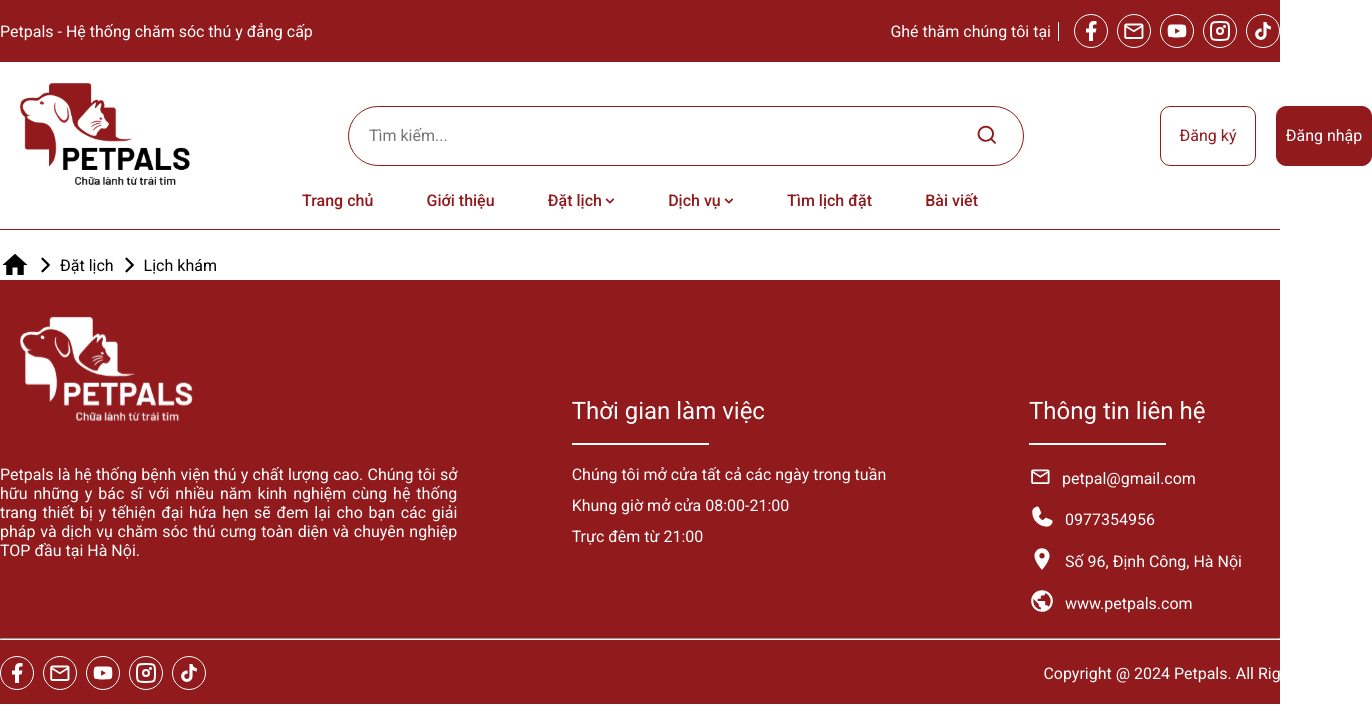
Repository: ahntrung1909/Petpals
Page: /dat-lich/kham-benh (app in petpals-user-main/)
The author's editor kept a copy of each file at every save. The page is drawn from the files as they stood at one save, then again after the next save.
The browser window is 1280 px wide. The page is 1372 px wide, so the pictures cover 1372 px, including what lies to the right of the window. The pictures show the whole page.
The project was rebuilt for these pictures with package versions that can differ from the ones it lists, and the page was loaded fresh each time. The framework's server and built-in components were replaced by stand-ins that run in the browser. Also part of the build but not shown: petpals-user-main/next.config.js, petpals-user-main/next.config.mjs.

Above is the page before, as saved 2024-04-10 19:23:50.

### petpals-user-main/src/app/layout.js
import { Footer } from "@/components/Footer/Footer";
import "./global.scss";
import { Header } from "@/components/Header/Header";
import { ToastContainer } from "react-toastify";
import "react-toastify/dist/ReactToastify.css";

export const metadata = {
  title: "Petpals - Chữa lành từ trái tim",
  description: "Petpals",
};

export default function RootLayout({ children }) {
  return (
    <html lang="en">
      <body>
        <Header />
        <ToastContainer />
        {children}
        <Footer />
      </body>
    </html>
  );
}

### petpals-user-main/src/app/dat-lich/kham-benh/page.js
import "./style.scss";
import React from "react";

export default function page() {
  return (
    <main>
      <div className="breadcrumb">
        <img src="/icon/ic_baseline-home.svg" alt="" />
        <img src="/icon/iconamoon_arrow-right-2.svg" alt="" />
        <p>Đặt lịch</p>
        <img src="/icon/iconamoon_arrow-right-2.svg" alt="" />
        <p>Lịch khám</p>
      </div>
    </main>
  );
}

### petpals-user-main/src/components/Footer/Footer.js
import { Socialicon } from "../Socialicon/Socialicon";
import "./style.scss";
export const Footer = () => {
  return (
    <footer>
      <div className="row row-1">
        <div className="logo">
          <img src="/img/logo_am_ban.svg" alt="" />
        </div>
        <div className="working-time">Thời gian làm việc</div>
        <div className=" contact-info">Thông tin liên hệ</div>
      </div>
      <div className="row">
        <div className="about">
          Petpals là hệ thống bệnh viện thú y chất lượng cao. Chúng tôi sở hữu
          những y bác sĩ với nhiều năm kinh nghiệm cùng hệ thống trang thiết bị
          y tếhiện đại hứa hẹn sẽ đem lại cho bạn các giải pháp và dịch vụ chăm
          sóc thú cưng toàn diện và chuyên nghiệp TOP đầu tại Hà Nội.
        </div>
        <ul className="working-time-more">
          <li>Chúng tôi mở cửa tất cả các ngày trong tuần</li>
          <li>Khung giờ mở cửa 08:00-21:00</li>
          <li>Trực đêm từ 21:00</li>
        </ul>
        <ul className="contact-info-more">
          <li className="contact-item">
            <span>
              <img src="/icon/material-symbols_mail-outline.svg" alt="" />
            </span>
            petpal@gmail.com
          </li>
          <li className="contact-item">
            <span>
              <img src="/icon/ph_phone-fill.svg" alt="" />
            </span>
            0977354956
          </li>
          <li className="contact-item">
            <span>
              <img src="/icon/mdi_location.svg" alt="" />
            </span>
            Số 96, Định Công, Hà Nội
          </li>
          <li className="contact-item">
            <span>
              <img src="/icon/mdi_earth.svg" alt="" />
            </span>
            www.petpals.com
          </li>
        </ul>
      </div>
      <hr />
      <div className="footer-bottom">
        <Socialicon />
        <div>Copyright @ 2024 Petpals. All Rights Reverved</div>
      </div>
    </footer>
  );
};

### petpals-user-main/src/app/global.scss
@import url("https://fonts.googleapis.com/css2?family=Roboto:ital,wght@0,100;0,300;0,400;0,500;0,700;0,900;1,100;1,300;1,400;1,500;1,700;1,900&display=swap");
@import "../style/variable";
* {
  padding: 0;
  margin: 0;
  box-sizing: border-box;
}
body {
  font-family: "Roboto", sans-serif;
  font-size: 16px;
}
a {
  text-decoration: none;
  color: black;
}
ul,
li {
  list-style: none;
}
input,
textarea {
  width: 100%;
  border: none;
  outline: none;
  font-family: "Roboto", sans-serif;
  font-size: 16px;
}
img {
  width: 100%;
}
button {
  font-family: "Roboto", sans-serif;
  font-size: 16px;
}
label {
  font-family: "Roboto", sans-serif;
  font-size: 16px;
}

// custom scroll bar
::-webkit-scrollbar-track {
  background-color: #f5f5f5;
}

::-webkit-scrollbar {
  width: 6px;
  height: 6px;
  background-color: #f5f5f5;
}

::-webkit-scrollbar-thumb {
  background-image: linear-gradient($BROWN_500, $RED_500);
  // border-radius: 10px;
}
::-webkit-scrollbar-thumb:horizontal {
  background-image: linear-gradient(to right, $BROWN_500, $RED_500);
  // border-radius: 10px;
}

### petpals-user-main/src/components/Header/Header.js
"use client";
import "./style.scss";
import { Socialicon } from "../Socialicon/Socialicon";
import { useEffect, useState } from "react";
import { usePathname } from "next/navigation";
import Link from "next/link";
export const Header = () => {
  const [searchFocus, setSearchFocus] = useState(false);
  const [loginUser, setLoginUser] = useState(null);

  const pathname = usePathname();

  useEffect(() => {
    let current = localStorage.getItem("login-user");
    if (current) {
      current = JSON.parse(current);
      setLoginUser(current);
    }
  }, [setLoginUser]);

  const handleFocus = () => {
    setSearchFocus(true);
  };
  const handleBlur = () => {
    setSearchFocus(false);
  };
  return (
    <header>
      <div>
        <div className="wrap top-header">
          <p>Petpals - Hệ thống chăm sóc thú y đẳng cấp</p>
          <div className="social-connect">
            <p>Ghé thăm chúng tôi tại</p>
            <Socialicon />
          </div>
        </div>
      </div>
      <div>
        <div className="wrap main-header">
          <div>
            <Link href="http://localhost:3000" className="petpals-logo">
              <img src="/img/logo_duong_ban.svg" alt="logo-petpals" />
            </Link>
          </div>
          <div className="header-main-right">
            <div className="search-input">
              <input
                type="text"
                placeholder="Tìm kiếm..."
                onFocus={handleFocus}
                onBlur={handleBlur}
              />
              <div className="icon-item">
                {!searchFocus ? (
                  <img src="/icon/mingcute_search-line.svg" alt="" />
                ) : (
                  <img
                    src="/icon/mingcute_close-fill.svg"
                    alt=""
                    onClick={handleBlur}
                  />
                )}
              </div>
            </div>
            {loginUser ? (
              <>
                <div className="icon">
                  <img src="/icon/Bell_ic.svg" alt="" />
                </div>
                <div className="user-login-controller">
                  <span className="user-img">
                    <img src="/img/user_avatar.png" alt="" srcset="" />
                  </span>
                  <p>{loginUser.name}</p>
                  <span>
                    <img src="/icon/flowbite_caret-down-solid.svg" alt="" />
                  </span>
                  <ul className="sub-nav" style={{ width: "267px" }}>
                    <li className="sub-nav-item">Thông tin tài khoản</li>
                    <li className="sub-nav-item">
                      <Link href="/doi-mat-khau">Đổi mật khẩu</Link>
                    </li>
                    <li
                      className="sub-nav-item"
                      onClick={() => {
                        localStorage.removeItem("login-user");
                        setLoginUser(null);
                        window.location.href = "/";
                      }}
                    >
                      Đăng xuất
                    </li>
                  </ul>
                </div>
              </>
            ) : (
              <div className="btn-group">
                <Link href="/dang-ky" className="btn">
                  Đăng ký
                </Link>
                <Link href="/dang-nhap" className="btn">
                  Đăng nhập
                </Link>
              </div>
            )}
          </div>
        </div>
      </div>
      <ul className="nav">
        <li className={`nav-item ${pathname === "/" ? "active" : ""}`}>
          <Link href="/">Trang chủ</Link>
        </li>
        <li
          className={`nav-item ${pathname === "/ve-chung-toi" ? "active" : ""}`}
        >
          <Link href="/ve-chung-toi">Giới thiệu</Link>
        </li>
        <li className="nav-item">
          <span href="#">Đặt lịch</span>
          <span>
            <img src="/icon/down.svg" alt="" />
          </span>
          <ul className="sub-nav" style={{ width: "267px" }}>
            <li className="sub-nav-item">
              <Link href="#">Đặt Lịch Khám Bệnh</Link>
            </li>
            <li className="sub-nav-item">
              <Link href="#">Đặt Lịch Spa-Grooming</Link>
            </li>
            <li className="sub-nav-item">
              <Link href="#">Khách Sạn Thú Cưng</Link>
            </li>
          </ul>
        </li>
        <li className={`nav-item ${pathname.match(/dich-vu/) ? "active" : ""}`}>
          <span>Dịch vụ</span>
          <span>
            <img src="/icon/down.svg" alt="" />
          </span>
          <ul className="sub-nav" style={{ width: "267px" }}>
            <li
              className={`sub-nav-item ${
                pathname.match(
                  /cap-cuu-24-24|do-de-ho-sinh|kham-benh|lay-cao-rang|phau-thuat-ngoai-khoa|sieu-am-x-quang-xet-nghiem|tiem-phong-vaccine|triet-san/
                )
                  ? "sub-nav-item-active"
                  : ""
              }`}
            >
              <span>Chăm sóc sức khỏe</span>
              <span>
                <img src="/icon/down.svg" alt="" />
              </span>
              <ul className="sub-nav nav-2" style={{ width: "359px" }}>
                <li
                  className={`sub-nav-item ${
                    pathname === "/dich-vu/cap-cuu-24-24"
                      ? "sub-nav-item-active"
                      : ""
                  }`}
                >
                  <Link href="/dich-vu/cap-cuu-24-24">Cấp Cứu 24/24</Link>
                </li>
                <li
                  className={`sub-nav-item ${
                    pathname === "/dich-vu/tiem-phong-vaccine"
                      ? "sub-nav-item-active"
                      : ""
                  }`}
                >
                  <Link href="/dich-vu/tiem-phong-vaccine">
                    Tiêm Phòng Vaccine
                  </Link>
                </li>
                <li
                  className={`sub-nav-item ${
                    pathname === "/dich-vu/kham-benh"
                      ? "sub-nav-item-active"
                      : ""
                  }`}
                >
                  <Link href="/dich-vu/kham-benh">Khám Sức Khỏe</Link>
                </li>
                <li
                  className={`sub-nav-item ${
                    pathname === "/dich-vu/sieu-am-x-quang-xet-nghiem"
                      ? "sub-nav-item-active"
                      : ""
                  }`}
                >
                  <Link href="/dich-vu/sieu-am-x-quang-xet-nghiem">
                    Siêu Âm, X-Quang, Xét Nghiệm
                  </Link>
                </li>
                <li
                  className={`sub-nav-item ${
                    pathname === "/dich-vu/phau-thuat-ngoai-khoa"
                      ? "sub-nav-item-active"
                      : ""
                  }`}
                >
                  <Link href="/dich-vu/phau-thuat-ngoai-khoa">
                    Phẫu Thuật Ngoại Khoa
                  </Link>
                </li>
                <li
                  className={`sub-nav-item ${
                    pathname === "/dich-vu/triet-san"
                      ? "sub-nav-item-active"
                      : ""
                  }`}
                >
                  <Link href="/dich-vu/triet-san">Triệt Sản Thẩm Mỹ</Link>
                </li>
                <li
                  className={`sub-nav-item ${
                    pathname === "/dich-vu/do-de-ho-sinh"
                      ? "sub-nav-item-active"
                      : ""
                  }`}
                >
                  <Link href="/dich-vu/do-de-ho-sinh">Đỡ Đẻ Hộ Sinh</Link>
                </li>
                <li
                  className={`sub-nav-item ${
                    pathname === "/dich-vu/lay-cao-rang"
                      ? "sub-nav-item-active"
                      : ""
                  }`}
                >
                  <Link href="/dich-vu/lay-cao-rang">Lấy Cao Răng</Link>
                </li>
              </ul>
            </li>
            <li
              className={`sub-nav-item ${
                pathname === "/dich-vu/spa-grooming"
                  ? "sub-nav-item-active"
                  : ""
              }`}
            >
              <Link href="/dich-vu/spa-grooming">Spa-Grooming</Link>
            </li>
            <li
              className={`sub-nav-item ${
                pathname === "/dich-vu/khach-san-thu-cung"
                  ? "sub-nav-item-active"
                  : ""
              }`}
            >
              <Link href="/dich-vu/khach-san-thu-cung">Khách Sạn Thú Cưng</Link>
            </li>
            <li className="sub-nav-item">
              <Link href="/dich-vu/lien-he">Liên Hệ</Link>
            </li>
          </ul>
        </li>
        <li className="nav-item">
          <Link href="#">Tìm lịch đặt</Link>
        </li>
        <li
          className={`nav-item ${
            pathname === "/danh-sach-bai-viet" ? "active" : ""
          }`}
        >
          <Link href="danh-sach-bai-viet">Bài viết</Link>
        </li>
      </ul>
    </header>
  );
};

### petpals-user-main/src/app/dat-lich/kham-benh/style.scss
@import "../../../style/variable";
@import "../../../style/base";

### petpals-user-main/src/components/Socialicon/Socialicon.js
import "./style.scss";
export const Socialicon = () => {
  return (
    <div className="list-social-icon">
      <div className="icon-item">
        <img src="/icon/ri_facebook-fill.svg" alt="icon-facebook" />
      </div>
      <div className="icon-item">
        <img src="/icon/material-symbols_mail-outline.svg" alt="icon-mail" />
      </div>
      <div className="icon-item">
        <img src="/icon/mdi_youtube.svg" alt="icon-youtube" />
      </div>
      <div className="icon-item">
        <img src="/icon/lets-icons_insta.svg" alt="icon-insta" />
      </div>
      <div className="icon-item">
        <img src="/icon/ic_baseline-tiktok.svg" alt="icon-tiktok" />
      </div>
    </div>
  );
};

### petpals-user-main/src/components/Footer/style.scss
@import "../../style/variable";
footer {
  display: block;
  width: 100vw;
  height: 424px;
  background-color: $BROWN_500;
  padding: 20px 0;
}
.row {
  width: 1372px;
  margin: 0 auto;
  display: grid;
  grid-template-columns: repeat(12, 1fr);
  row-gap: 20px;
  color: white;
  margin-bottom: 20px;
}
.row-1 {
  align-items: flex-end;
}
.logo {
  width: 214px;
  grid-column: 1/5;
}
.working-time {
  grid-column: 6/10;
  position: relative;
  font-size: 24px;
  padding-bottom: 20px;
  &::after {
    content: "";
    width: 137px;
    height: 2px;
    background-color: white;
    position: absolute;
    left: 0;
    bottom: 0;
  }
}
.contact-info {
  position: relative;
  grid-column: 10/13;
  font-size: 24px;
  padding-bottom: 20px;
  &::after {
    content: "";
    width: 137px;
    height: 2px;
    background-color: white;
    position: absolute;
    left: 0;
    bottom: 0;
  }
}
.about {
  grid-column: 1/5;
  text-align: justify;
}
.working-time-more {
  grid-column: 6/10;
  display: flex;
  flex-direction: column;
  gap: 12px;
}
.contact-info-more {
  grid-column: 10/13;
  display: flex;
  flex-direction: column;
  gap: 12px;
}
.contact-item {
  display: flex;
  gap: 10px;
  align-items: center;
}
.footer-bottom {
  width: 1372px;
  margin: 0 auto;
  margin-top: 16px;
  color: white;
  display: flex;
  align-items: center;
  justify-content: space-between;
}

### petpals-user-main/src/style/_variable.scss
$BROWN_50: rgb(244, 232, 232);
$BROWN_100: rgb(221, 184, 185);
$BROWN_200: rgb(204, 150, 151);
$BROWN_300: rgb(181, 102, 104);
$BROWN_400: rgb(167, 72, 74);
$BROWN_500: rgb(145, 26, 29);
$BROWN_600: rgb(132, 24, 26);
$BROWN_700: rgb(103, 18, 21);
$BROWN_800: rgb(80, 14, 16);
$BROWN_900: rgb(61, 11, 12);
$RED_50: rgb(255, 247, 247);
$RED_100: rgb(255, 230, 231);
$RED_200: rgb(255, 217, 219);
$RED_300: rgb(255, 200, 202);
$RED_400: rgb(255, 189, 192);
$RED_500: rgb(255, 173, 176);
$RED_600: rgb(232, 157, 160);
$RED_700: rgb(181, 123, 125);
$RED_800: rgb(140, 95, 97);
$RED_900: rgb(107, 73, 74);
$BROWN_DARK_50: rgb(236, 233, 233);
$BROWN_DARK_100: rgb(195, 186, 186);
$BROWN_DARK_200: rgb(165, 152, 152);
$BROWN_DARK_300: rgb(124, 105, 106);
$BROWN_DARK_400: rgb(99, 76, 77);
$BROWN_DARK_500: rgb(60, 31, 32);
$BROWN_DARK_600: rgb(55, 28, 29);
$BROWN_DARK_700: rgb(43, 22, 23);
$BROWN_DARK_800: rgb(33, 17, 18);
$BROWN_DARK_900: rgba(25, 13, 13, 0.2);

### petpals-user-main/src/components/Header/style.scss
@import "../../style/_variable";

header {
  height: 230px;
  border-bottom: 1px solid $BROWN_500;
}
div:has(.wrap):nth-child(1) {
  background-color: $BROWN_500;
  height: 62px;
  display: flex;
  align-items: center;
}
.wrap {
  width: 1372px;
  margin: 0 auto;
}
.top-header {
  display: flex;
  justify-content: space-between;
  align-items: center;
  color: white;
}
.social-connect {
  display: flex;
  align-items: center;
  gap: 15px;
}
.social-connect > p {
  padding: 0px 7px;
  border-right: 1px solid white;
}
div:has(.wrap):nth-child(2) {
  padding-top: 18px;
}
.main-header {
  display: flex;
  align-items: center;
  justify-content: space-between;
}
.petpals-logo {
  display: block;
  width: 211px;
  height: 111px;
}
.header-main-right {
  display: flex;
  width: 1024px;
  justify-content: space-between;
  align-items: center;
}
.search-input {
  display: flex;
  position: relative;

  input {
    width: 676px;
    height: 60px;
    padding: 0px 60px 0px 20px;
    border: 1px solid $BROWN_500;
    border-radius: 99px;
    display: flex;
    justify-content: center;
    align-items: center;
  }
  .icon-item {
    right: 20px;
    top: 50%;
    transform: translateY(-50%);
    position: absolute;
    cursor: pointer;
  }
}
.btn-group {
  display: flex;
  gap: 20px;
  text-align: center;
  .btn {
    display: flex;
    justify-content: center;
    align-items: center;
    width: 96px;
    height: 60px;
    border: 1px solid $BROWN_500;
    border-radius: 10px;
    color: $BROWN_500;
  }
  .btn:nth-child(1):hover {
    background-color: $BROWN_500;
    color: white;
  }
  .btn:nth-child(2) {
    color: white;
    background-color: $BROWN_500;
    &:hover {
      background-color: $BROWN_300;
    }
  }
}
.nav {
  display: flex;
  align-items: center;
  justify-content: space-between;
  width: 676px;
  margin: 0 auto;
  color: $BROWN_500;
  font-weight: 500;
  z-index: 99;

  &-item {
    display: flex;
    position: relative;
    align-items: center;
    cursor: pointer;
    padding-bottom: 8px;
    &.active > span,
    &.active > a {
      font-weight: 900;
    }
    &:hover .sub-nav:not(.nav-2) {
      display: flex;
    }
    span {
      display: flex;
      justify-content: center;
      align-items: center;
      color: $BROWN_500;
    }
    a {
      display: flex;
      justify-content: center;
      align-items: center;
      color: $BROWN_500;
      width: 100%;
      height: 100%;
    }
    &:hover > a {
      color: $RED_500;
    }
    &:hover > span {
      color: $RED_500;
    }
  }
}
.sub-nav {
  position: absolute;
  z-index: 99;
  top: 100%;
  left: 0;
  border-radius: 10px;
  box-shadow: 0 15px 15px 15px rgba(0, 0, 0, 0.05);
  box-shadow: 0 15px 15px rgba(0, 0, 0, 0.1);
  border: 0.5px solid rgba(0, 0, 0, 0.15);
  background-color: white;
  padding: 8px;
  display: none;
  flex-direction: column;
  gap: 8px;
  &.nav-2 {
    position: absolute;
    top: 0;
    left: 100%;
    transform: translate(8px, -8px);
    display: none;
  }
  &-item {
    position: relative;
    display: flex;
    align-items: center;
    justify-content: space-between;
    &::after {
      content: "";
      width: 8px;
      height: 100%;
      position: absolute;
      top: 0;
      right: -8px;
    }
    &:hover {
      background-color: rgba(0, 0, 0, 0.05);
    }
    &:hover .sub-nav.nav-2 {
      display: flex;
    }
    a {
      width: 100%;
      height: 100%;
      display: flex;
      justify-content: left;
      padding: 12px 16px;
    }
    span {
      padding: 12px 16px;
    }
    &-active > span,
    &-active > a {
      font-weight: 600;
    }
  }
}
.user-login-controller {
  display: flex;
  align-items: center;
  gap: 8px;
  cursor: pointer;
  position: relative;

  &:hover .sub-nav {
    display: flex;
    left: inherit;
    right: 0;
  }
}

### petpals-user-main/src/style/_base.scss
.section-heading {
  width: fit-content;
  margin: 60px auto;
  color: $BROWN_500;
  position: relative;
  font-size: 24px;
  font-weight: 800;
  text-transform: uppercase;
  &::after {
    content: "";
    width: 80%;
    height: 3px;
    position: absolute;
    bottom: -16px;
    left: 50%;
    transform: translateX(-50%);
    background-color: $BROWN_500;
  }
}
.breadcrumb {
  width: 1372px;
  margin: 0 auto;
  display: flex;
  align-items: center;
  padding-top: 20px;
  img {
    width: 30px;
    height: 30px;
  }
}

### petpals-user-main/src/components/Socialicon/style.scss
.list-social-icon {
  display: flex;
  gap: 9px;
}
.icon-item {
  width: 34px;
  height: 34px;
  border: 1px solid white;
  padding: 4px;
  border-radius: 99px;
  display: flex;
  justify-content: center;
  align-items: center;
}

After the next save:
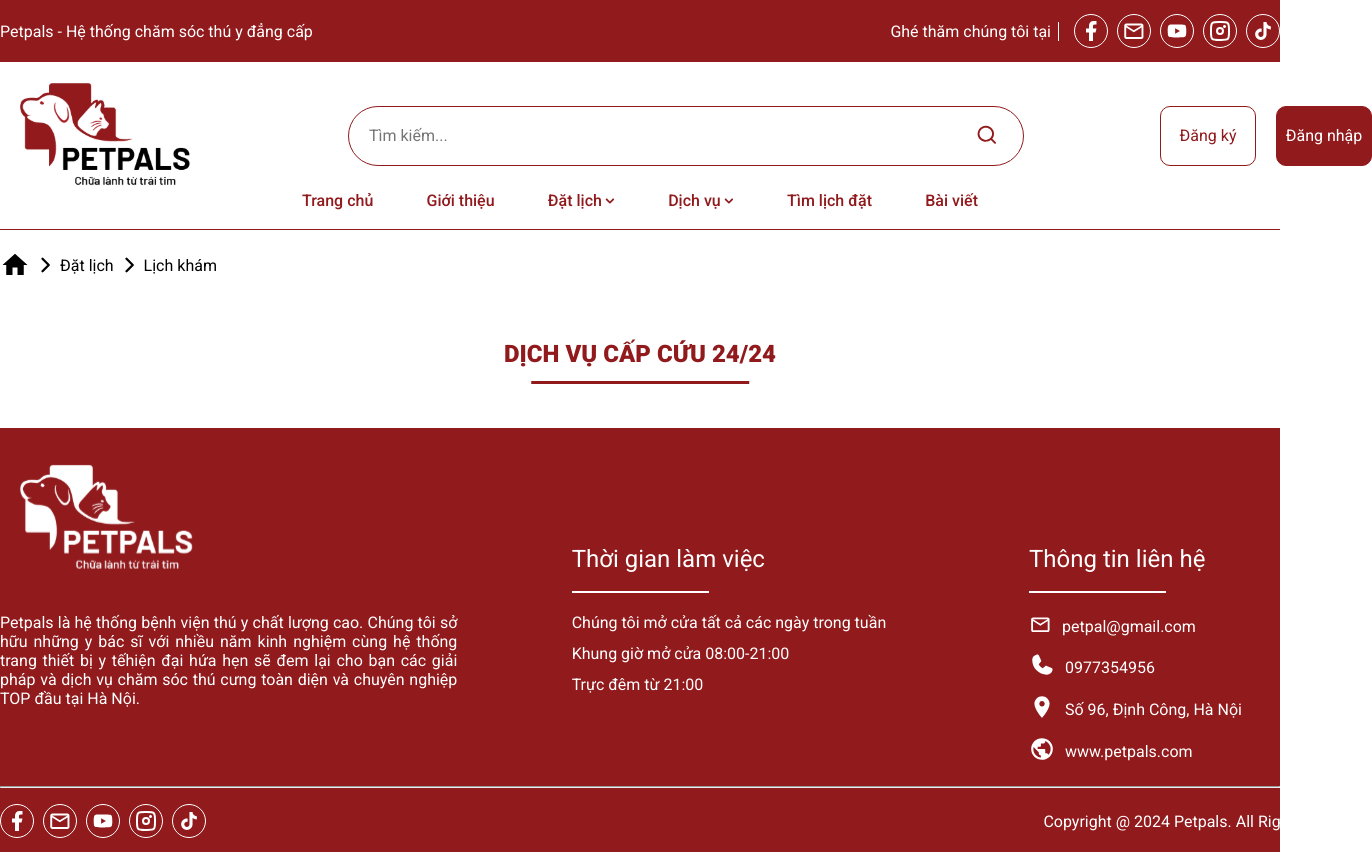
Saved 28 s later.
--- a/petpals-user-main/src/app/dat-lich/kham-benh/page.js
+++ b/petpals-user-main/src/app/dat-lich/kham-benh/page.js
@@ -11,6 +11,9 @@ export default function page() {
         <img src="/icon/iconamoon_arrow-right-2.svg" alt="" />
         <p>Lịch khám</p>
       </div>
+      <section>
+        <div className="section-heading">DỊCH VỤ CẤP CỨU 24/24</div>
+      </section>
     </main>
   );
 }
